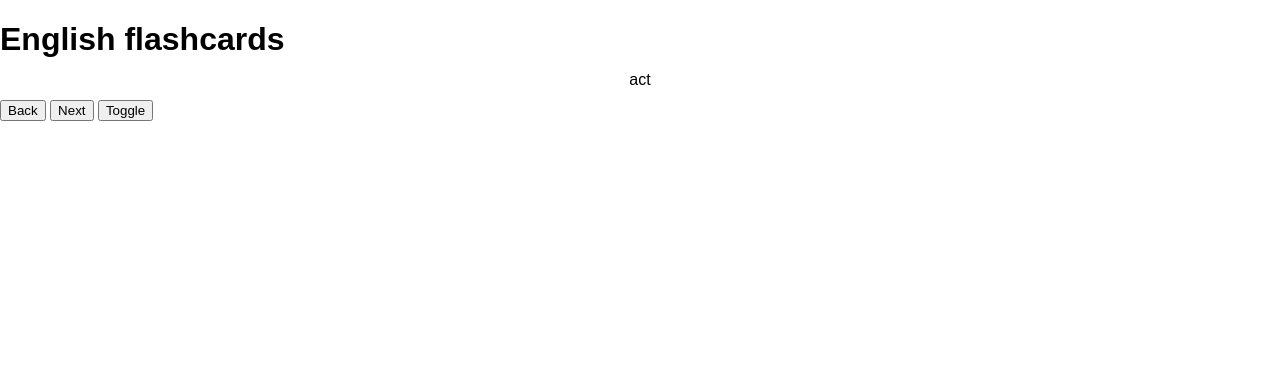
Repository: AdrianGizycki/English-Flashcards
Page: index.html
The author's editor kept a copy of each file at every save. The page is drawn from the files as they stood at one save, then again after a run of saves.
The browser window is 1280 px wide. The pictures show the whole page.

Above is the page before, as saved 2019-09-15 15:17:32.

After the next 2 saves:
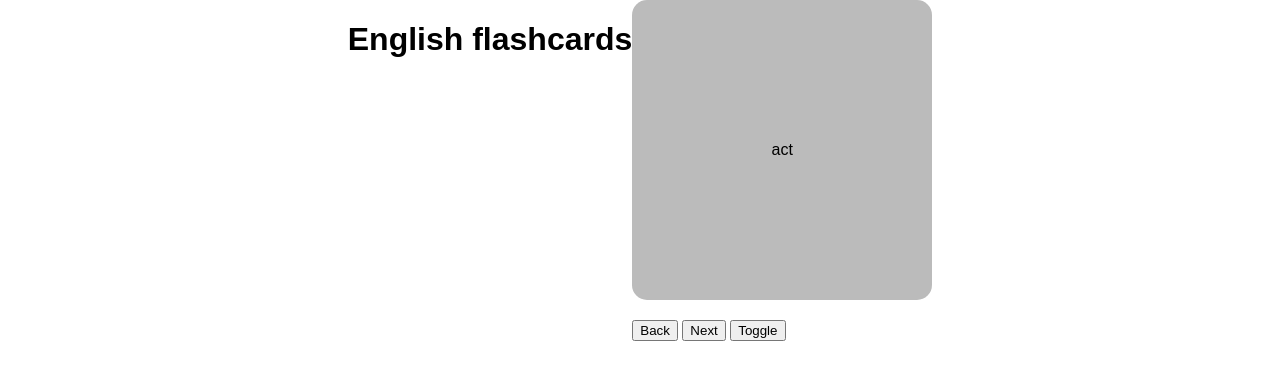
The 2 saves are shown as one change because they came seconds apart.
The last was saved 8 s later.
--- a/style.css
+++ b/style.css
@@ -5,10 +5,12 @@ body {
     margin: 0;
     box-sizing: border-box;
   }
+  .mainDiv {
 
-  display: flex;
+    display: flex;
     justify-content: center;
     justify-items: center;
+  }
 
   .flip-card {
     background-color: transparent;
